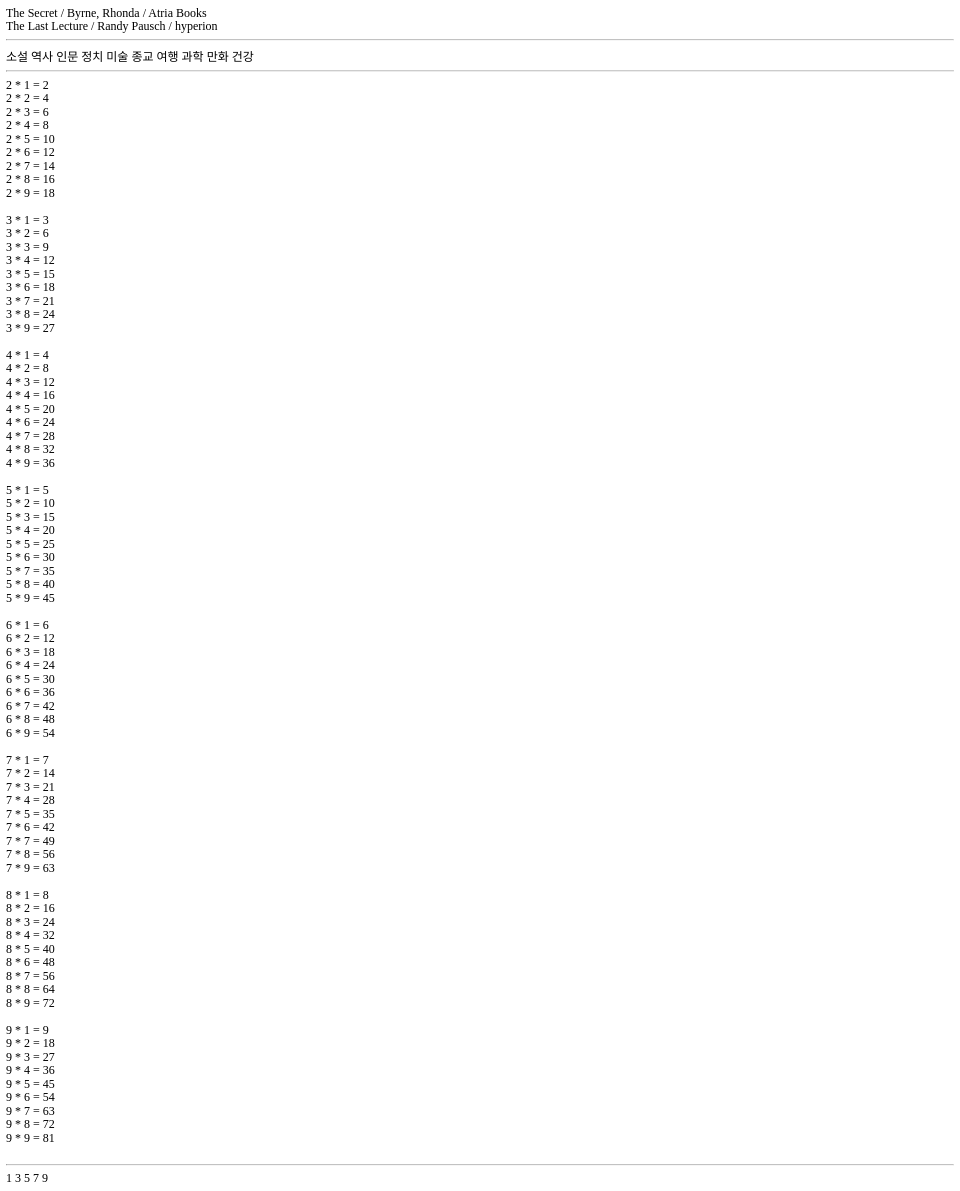
Repository: JungInBaek/Servlet-JSP
Page: http://localhost/edu/jstl_exam/exam05.jsp
An editor plug-in stored every save of this project. The page is shown before and after the next save, followed by the edit.
The browser window is 1280 px wide. The pictures show the whole page, at 75% of full size.
The page is served by Tomcat 9. Other server files are loaded and not shown.

Above is the page before, as saved 2021-08-14 09:14:13.

### edu/src/main/webapp/jstl_exam/exam05.jsp
<%@ page import="com.edu.beans.BookBean" %>
<%@ page import="java.util.ArrayList" %>
<%@ page language="java" contentType="text/html; charset=UTF-8"
    pageEncoding="UTF-8"%>
<%@ taglib prefix="c" uri="http://java.sun.com/jsp/jstl/core" %>


<%
	ArrayList<BookBean> bookList = new ArrayList<BookBean>();
	bookList.add(new BookBean("The Secret", "Byrne, Rhonda", "Atria Books"));
	bookList.add(new BookBean("The Last Lecture", "Randy Pausch", "hyperion"));

	String[] bookCode = { "소설", "역사", "인문", "정치", "미술", "종교", "여행", "과학", "만화", "건강"};
%>

<c:set var="list" value="<%= bookList %>" />
<c:forEach items="${list}" var="item">
	${item.title} / ${item.author} / ${item.publisher} <br/>
</c:forEach>

<hr/>

<c:set var="code" value="<%= bookCode %>" />
<c:forEach items="${code}" var="item">
	<c:out value="${item}" />
</c:forEach>

<hr/>

<c:forEach var="i" begin="2" end="9">
	<c:forEach var="j" begin="1" end="9">
		${i} * ${j} = ${i * j} <br/>
	</c:forEach>
	<br/>
</c:forEach>

<hr/>

<c:forEach var="k" begin="1" end="10" step="2">
	${k}
</c:forEach>

### edu/src/main/java/com/edu/beans/BookBean.java
package com.edu.beans;

public class BookBean {
	private String title;
	private String author;
	private String publisher;


	public BookBean() {}

	public BookBean(String title, String author, String publisher) {
		this.title = title;
		this.author = author;
		this.publisher = publisher;
	}


	public String getTitle() {
		return title;
	}

	public void setTitle(String title) {
		this.title = title;
	}

	public String getAuthor() {
		return author;
	}

	public void setAuthor(String author) {
		this.author = author;
	}

	public String getPublisher() {
		return publisher;
	}

	public void setPublisher(String publisher) {
		this.publisher = publisher;
	}
}

After the next save:
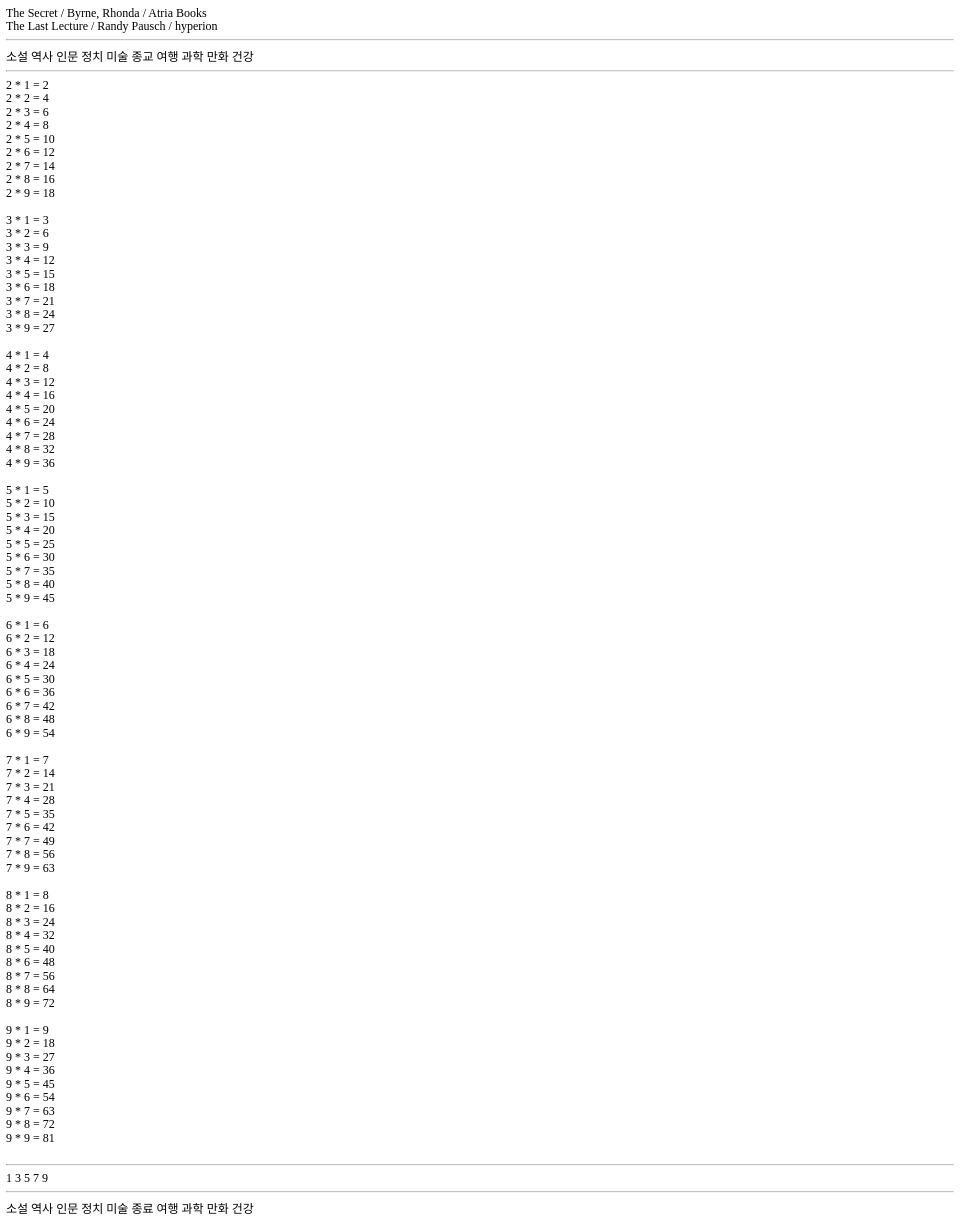
Saved 94 s later.
--- a/edu/src/main/webapp/jstl_exam/exam05.jsp
+++ b/edu/src/main/webapp/jstl_exam/exam05.jsp
@@ -39,3 +39,9 @@
 <c:forEach var="k" begin="1" end="10" step="2">
 	${k}
 </c:forEach>
+
+<hr/>
+
+<c:forTokens items="소설/역사/인문/정치/미술/종료/여행/과학/만화/건강" delims="/" var="token">
+	${token}
+</c:forTokens>
